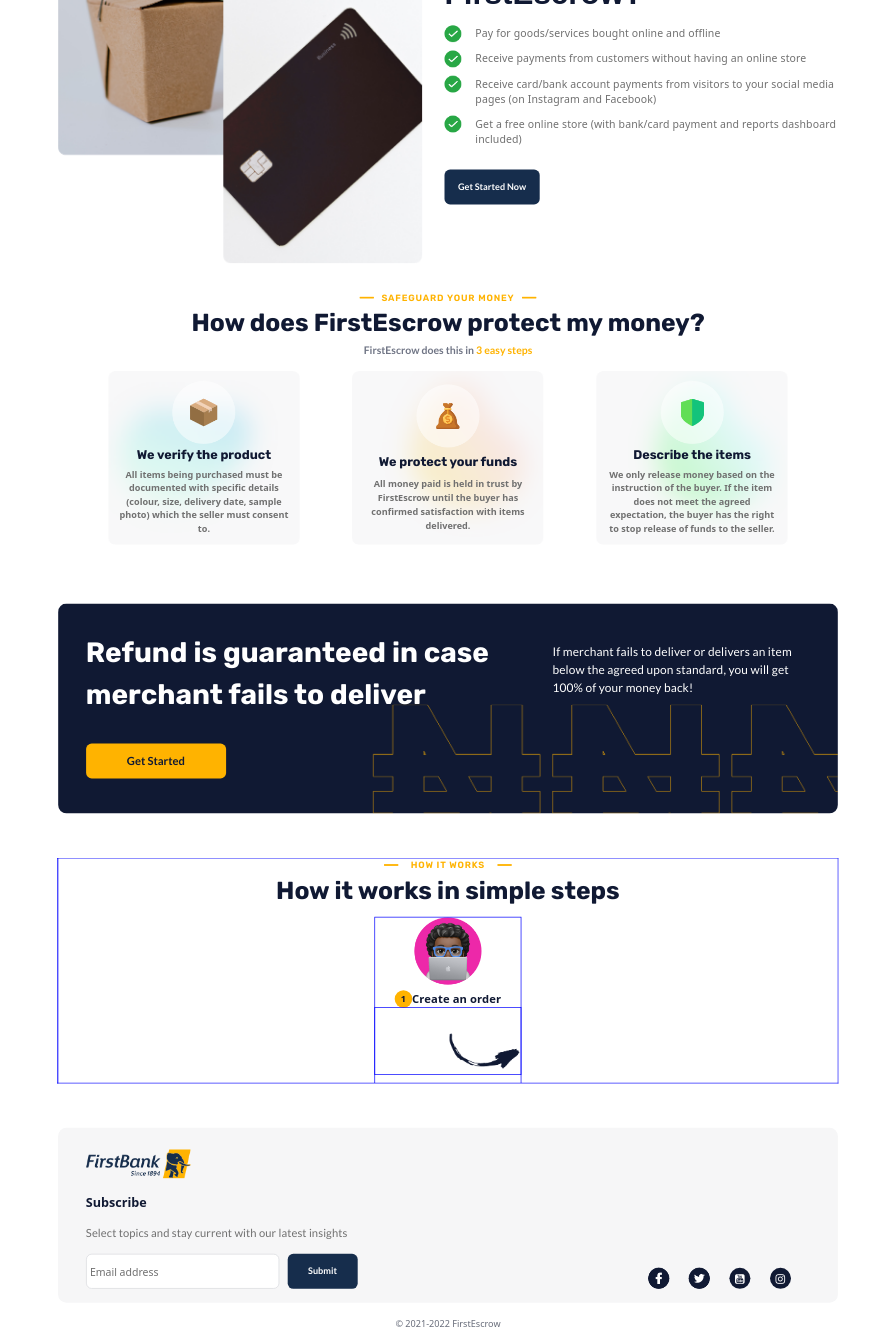
Repository: Pepperest-dev/First_Escrow_Home
Page: index.html
These files come from the project's save history. The page is drawn as it stood at one moment and after the next save; the edit follows.
The browser window is 1280 px wide. The pictures show the part of the page from y = 1253 to 3173 px (the page is 3173 px tall), at 70% of full size.

Above is the page before, as saved 2021-09-27 12:32:03.

After the next save:
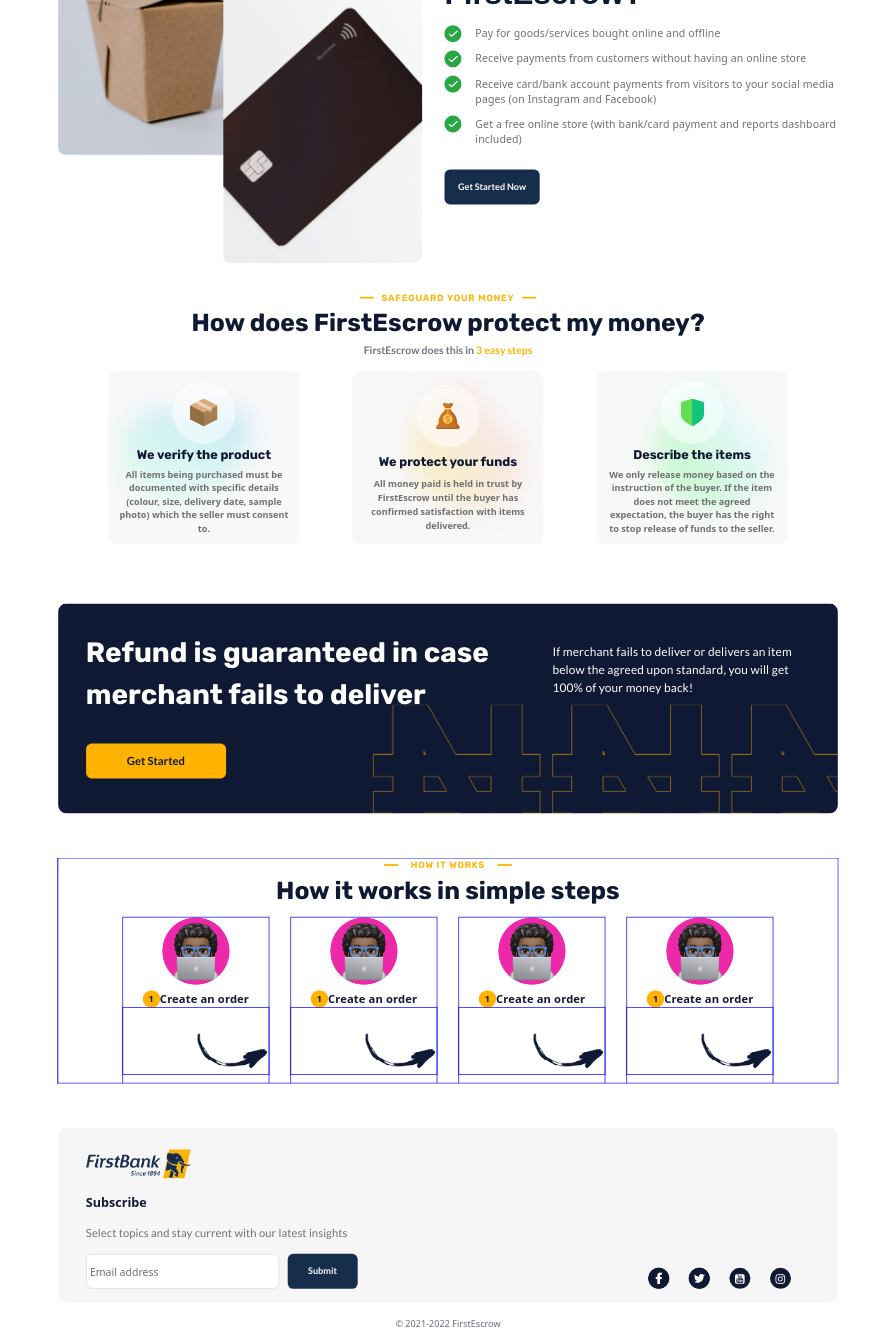
Saved 10 s later.
--- a/index.html
+++ b/index.html
@@ -283,8 +283,81 @@
               />
             </div>
           </div>
-
-
+          <div class="fourBoxes my-3 h-56 w-52 outline">
+            <div class="flex flex-col items-center mx-auto">
+              <img
+                class="w-24"
+                src="/assets/imgs/pinkAvatar.png"
+                alt="purple avatar"
+              />
+              <div class="flex mt-2">
+                <span class="AvatarYellowNumber mr-2 md:mr-0">1</span>
+                <p class="AvatarTitle">Create an order</p>
+              </div>
+            </div>
+            <div class="flex justify-end outline items-center">
+              <img
+                src="/assets/icons/arrowBottom.png"
+                alt="arrow bottom"
+                class="h-28 hidden md:block w-28"
+              />
+              <img
+                src="/assets/icons/arrowTop.png"
+                alt="arrow bottom"
+                class="h-24 block faceRightDown md:hidden w-24"
+              />
+            </div>
+          </div>
+          <div class="fourBoxes my-3 h-56 w-52 outline">
+            <div class="flex flex-col items-center mx-auto">
+              <img
+                class="w-24"
+                src="/assets/imgs/pinkAvatar.png"
+                alt="purple avatar"
+              />
+              <div class="flex mt-2">
+                <span class="AvatarYellowNumber mr-2 md:mr-0">1</span>
+                <p class="AvatarTitle">Create an order</p>
+              </div>
+            </div>
+            <div class="flex justify-end outline items-center">
+              <img
+                src="/assets/icons/arrowBottom.png"
+                alt="arrow bottom"
+                class="h-28 hidden md:block w-28"
+              />
+              <img
+                src="/assets/icons/arrowTop.png"
+                alt="arrow bottom"
+                class="h-24 block faceRightDown md:hidden w-24"
+              />
+            </div>
+          </div>
+          <div class="fourBoxes my-3 h-56 w-52 outline">
+            <div class="flex flex-col items-center mx-auto">
+              <img
+                class="w-24"
+                src="/assets/imgs/pinkAvatar.png"
+                alt="purple avatar"
+              />
+              <div class="flex mt-2">
+                <span class="AvatarYellowNumber mr-2 md:mr-0">1</span>
+                <p class="AvatarTitle">Create an order</p>
+              </div>
+            </div>
+            <div class="flex justify-end outline items-center">
+              <img
+                src="/assets/icons/arrowBottom.png"
+                alt="arrow bottom"
+                class="h-28 hidden md:block w-28"
+              />
+              <img
+                src="/assets/icons/arrowTop.png"
+                alt="arrow bottom"
+                class="h-24 block faceRightDown md:hidden w-24"
+              />
+            </div>
+          </div>
         </main>
       </section>
     </div>
